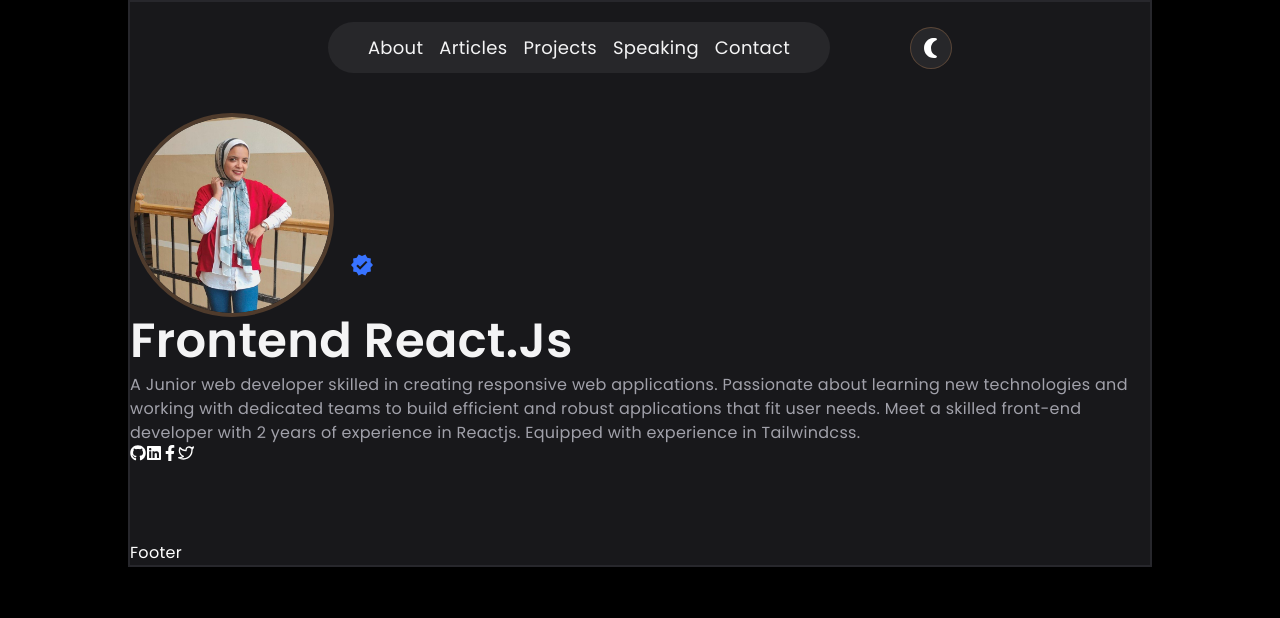
Repository: Wafaabahgat/Portfolio
Page: /
The author's editor kept a copy of each file at every save. The page is drawn from the files as they stood at one save, then again after a run of saves.
The browser window is 1280 px wide. The pictures show the whole page.
The project was rebuilt for these pictures with package versions that can differ from the ones it lists, and the page was loaded fresh each time. Also part of the build but not shown: vite.config.ts, src/App.css, src/ErrorPage.tsx.

Above is the page before, as saved 2023-12-08 03:28:00.

After the next 2 saves:
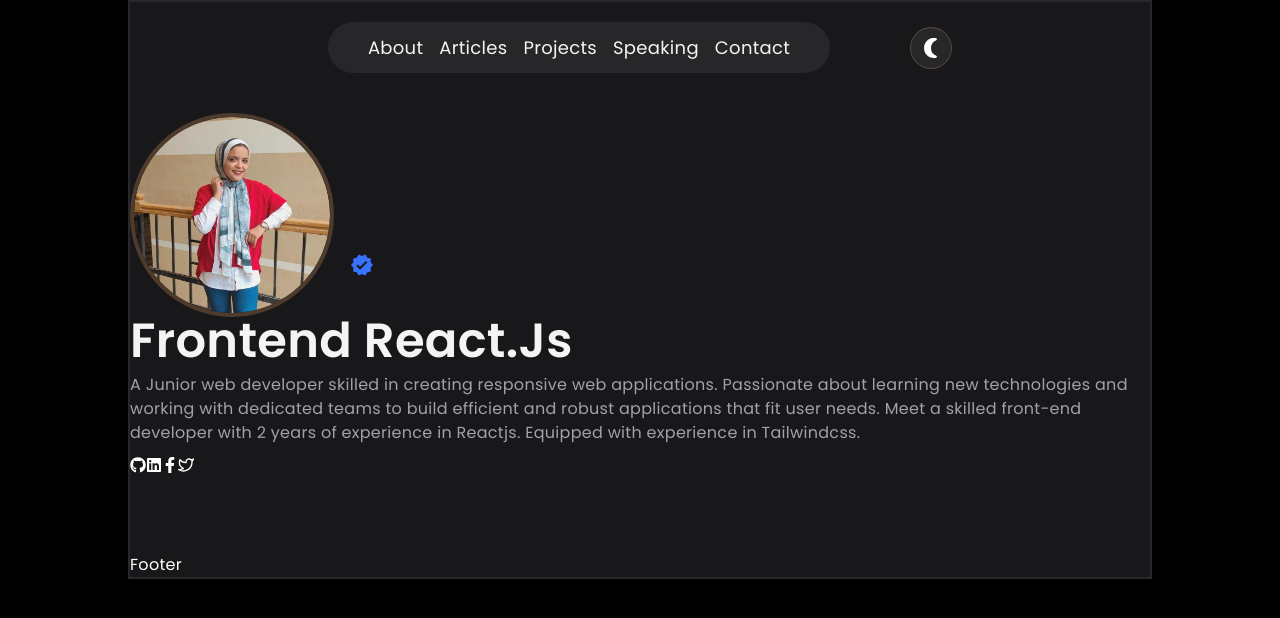
The 2 saves are shown as one change because they came seconds apart.
The last was saved 10 s later.
--- a/src/components/home/Hero.tsx
+++ b/src/components/home/Hero.tsx
@@ -21,7 +21,7 @@
           <h1 className="text-main-title font-semibold text-5xl mb-2 capitalize">
             frontend react.js
           </h1>
-          <p className=" text-sub-title text-md">
+          <p className=" text-sub-title text-md mb-3">
             A Junior web developer skilled in creating responsive web
             applications. Passionate about learning new technologies and working
             with dedicated teams to build efficient and robust applications that
